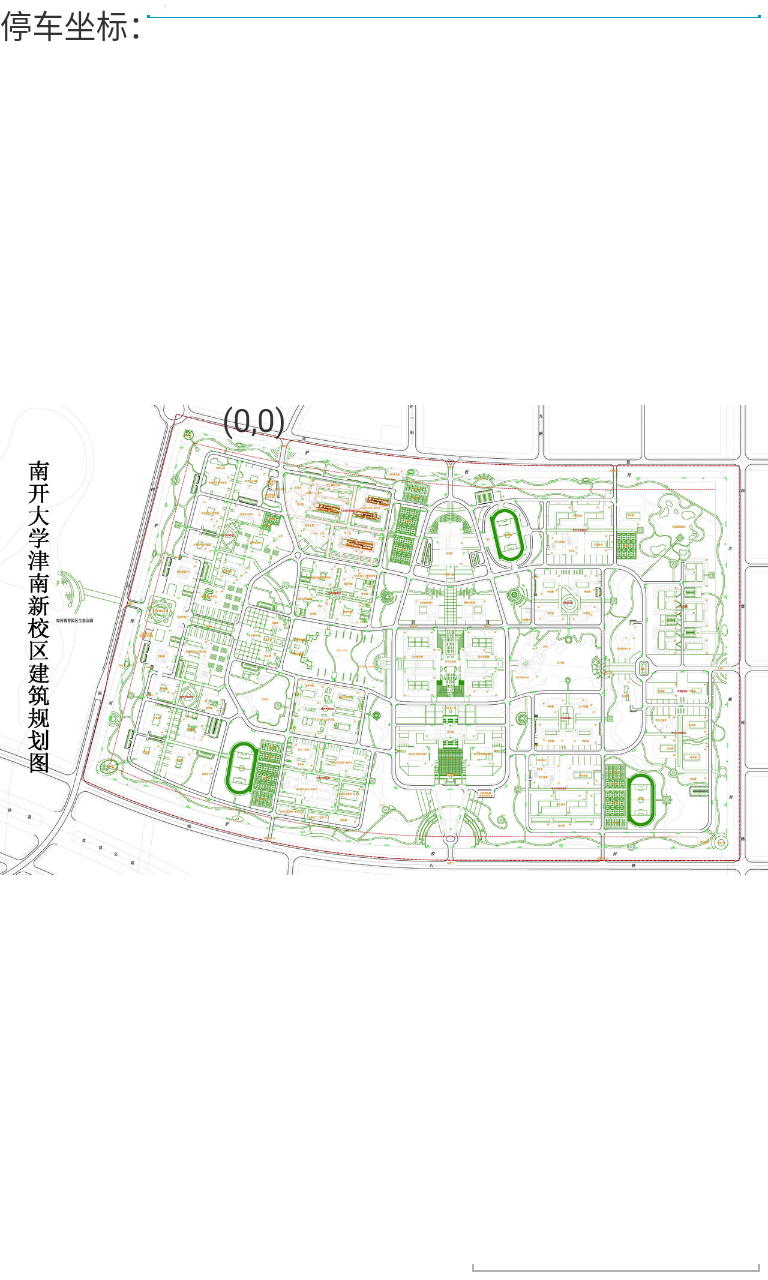
Repository: CovaWang/temporary_embedded
Layout: 7#车联·共享单车/代码/代码/res/layout/compass.xml
An editor plug-in stored every save of this project. The layout is shown before and after the next save, followed by the edit.
It is drawn on a 768 x 1280 px phone screen (xhdpi) without system bars, with theme AppTheme; the app's code is not run.

Above is the layout before, as saved 2024-04-24 12:38:06.

### 7#车联·共享单车/代码/代码/res/layout/compass.xml
<?xml version="1.0" encoding="utf-8"?>
<RelativeLayout xmlns:android="http://schemas.android.com/apk/res/android"
    android:layout_width="fill_parent"
    android:layout_height="match_parent"
    android:orientation="vertical" >

    <LinearLayout
       	android:layout_width="match_parent"
       	android:layout_height="match_parent"
       	android:orientation="horizontal"
		android:layout_weight="7">
	    <TextView
			android:layout_width="match_parent"
			android:layout_height="match_parent"
			android:layout_marginTop="0dp"
			android:layout_marginLeft="0dp"
			android:text="停车坐标："
			android:textSize="16dp"
			android:layout_weight="1" />

	    <EditText
	        android:id="@+id/compass_text2"
			android:layout_width="match_parent"
			android:layout_height="match_parent"
			android:layout_marginTop="0dp"
			android:layout_marginLeft="40dp"
			android:hint="0"
			android:textSize="16sp"
			android:textColor="#8A2BE2"
			android:layout_weight="1" />

	    <!-- <Button
	        android:id="@+id/compass_Button"
	        android:layout_width="match_parent"
			android:layout_height="match_parent"
			android:gravity="center"
	        android:background="@drawable/map_button"
	        android:layout_weight="1"  /> -->

   </LinearLayout>

    <ImageView
        android:id="@+id/compass_img"
        android:layout_width="match_parent"
        android:layout_height="match_parent"
        android:layout_gravity="center"
        android:src="@drawable/map"
        android:layout_weight="1" />

    <TextView
        android:id="@+id/compass_d"
        android:layout_width="114dp"
        android:layout_height="100dp"
        android:layout_alignParentLeft="true"
        android:layout_alignParentTop="true"
        android:layout_marginLeft="70dp"
        android:layout_marginTop="160dp"
        android:gravity="center"
        android:scaleType="fitCenter"
        android:text="(0,0)"
        android:textSize="16dp" />

    <EditText
        android:id="@+id/compass_text1"
        android:layout_width="match_parent"
        android:layout_height="10dp"
        android:layout_alignLeft="@+id/compass_d"
        android:layout_alignParentTop="true"
        android:layout_weight="1"
        android:ems="10"
        android:hint="0"
        android:textColor="#8A2BE2"
        android:textSize="16sp" >

        <requestFocus />
    </EditText>

</RelativeLayout>

### 7#车联·共享单车/代码/代码/res/values/styles.xml
<resources>

    <!--
        Base application theme, dependent on API level. This theme is replaced
        by AppBaseTheme from res/values-vXX/styles.xml on newer devices.

    -->
    <style name="AppBaseTheme" parent="android:Theme.Light">
        <!--
            Theme customizations available in newer API levels can go in
            res/values-vXX/styles.xml, while customizations related to
            backward-compatibility can go here.

        -->
    </style>

    <!-- Application theme. -->
    <style name="AppTheme" parent="AppBaseTheme">
        <!-- All customizations that are NOT specific to a particular API-level can go here. -->
    </style>
    <!-- 高宽都包裹内容 -->
    <style name="wrapcontent">
        <item name="android:layout_width">wrap_content</item>
        <item name="android:layout_height">wrap_content</item>
    </style>

    <!-- 自定义对话框样式 -->
    <style name="dialog_custom" parent="android:style/Theme.Dialog">
        <item name="android:windowFrame">@null</item>
        <item name="android:windowNoTitle">true</item>
        <item name="android:background">#00000000</item>
        <item name="android:windowBackground">@android:color/transparent</item>
    </style>
    <!-- TextView 16sp样式 -->
    <style name="textview16sp" parent="wrapcontent">
        <item name="android:textSize">16sp</item>
        <item name="android:gravity">center_vertical</item>
    </style>

    <!-- TextView 14sp样式 -->
    <style name="textview12sp" parent="wrapcontent">
        <item name="android:textSize">12sp</item>
        <item name="android:gravity">center_vertical</item>
    </style>
    <!-- TextView 14sp样式 -->
    <style name="textview14sp" parent="wrapcontent">
        <item name="android:textSize">14sp</item>
        <item name="android:gravity">center_vertical</item>
    </style>

    <!-- 宽度为0dp,高度为包裹内容，权重为1 -->
    <style name="zero_widthwrapcontent">
        <item name="android:layout_width">0dp</item>
        <item name="android:layout_height">wrap_content</item>
        <item name="android:layout_weight">1</item>
    </style>

    <!-- 黄色14sp,图片间距为5dp的textview -->
    <style name="tvyellow14sp" parent="zero_widthwrapcontent">
        <item name="android:textSize">14sp</item>
        <item name="android:drawablePadding">3dp</item>
        <item name="android:gravity">center</item>
        <item name="android:textColor">@color/bright_yellow</item>
    </style>

</resources>

Loaded but not shown: 7#车联·共享单车/代码/代码/res/values-v11/styles.xml (common file); 7#车联·共享单车/代码/代码/res/values-v14/styles.xml (common file)

After the next save:
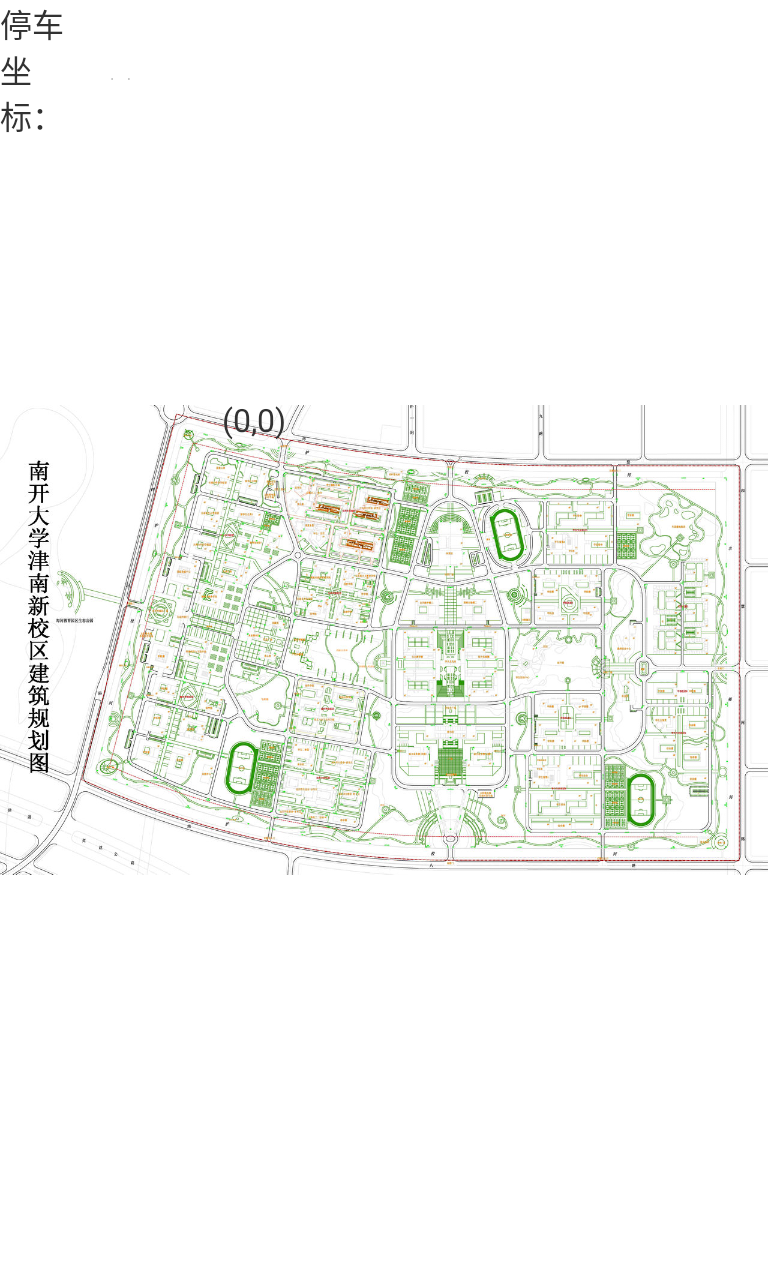
Saved 2 min 28 s later.
--- a/7#车联·共享单车/代码/代码/res/layout/compass.xml
+++ b/7#车联·共享单车/代码/代码/res/layout/compass.xml
@@ -5,8 +5,8 @@
     android:orientation="vertical" >
 
     <LinearLayout
-       	android:layout_width="match_parent"
-       	android:layout_height="match_parent"
+       	android:layout_width="100dp"
+       	android:layout_height="100dp"
        	android:orientation="horizontal"
 		android:layout_weight="7">
 	    <TextView
@@ -16,6 +16,17 @@
 			android:layout_marginLeft="0dp"
 			android:text="停车坐标："
 			android:textSize="16dp"
+			android:layout_weight="1" />
+
+	    <EditText
+	        android:id="@+id/compass_text1"
+			android:layout_width="match_parent"
+			android:layout_height="10dp"
+			android:layout_marginTop="0dp"
+			android:layout_marginLeft="20dp"
+			android:hint="0"
+			android:textSize="16sp"
+			android:textColor="#8A2BE2"
 			android:layout_weight="1" />
 
 	    <EditText
@@ -43,9 +54,10 @@
         android:id="@+id/compass_img"
         android:layout_width="match_parent"
         android:layout_height="match_parent"
+        android:layout_alignParentBottom="true"
         android:layout_gravity="center"
-        android:src="@drawable/map"
-        android:layout_weight="1" />
+        android:layout_weight="1"
+        android:src="@drawable/map" />
 
     <TextView
         android:id="@+id/compass_d"
@@ -60,19 +72,4 @@
         android:text="(0,0)"
         android:textSize="16dp" />
 
-    <EditText
-        android:id="@+id/compass_text1"
-        android:layout_width="match_parent"
-        android:layout_height="10dp"
-        android:layout_alignLeft="@+id/compass_d"
-        android:layout_alignParentTop="true"
-        android:layout_weight="1"
-        android:ems="10"
-        android:hint="0"
-        android:textColor="#8A2BE2"
-        android:textSize="16sp" >
-
-        <requestFocus />
-    </EditText>
-
 </RelativeLayout>
